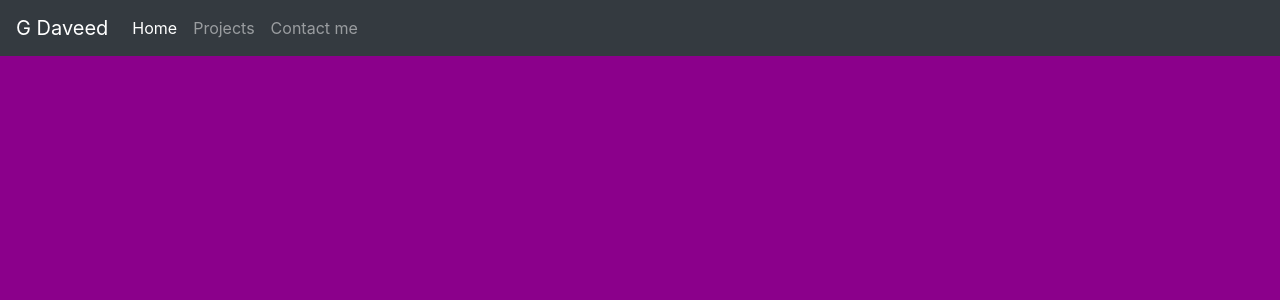
Repository: DaveedGangi/DaveedWebsite
Page: one.html
An editor plug-in stored every save of this project. The page is shown before and after a run of saves, followed by the edit.
The browser window is 1280 px wide. The pictures show the whole page.

Above is the page before, as saved 2023-09-25 11:56:24.

After the next 5 saves:
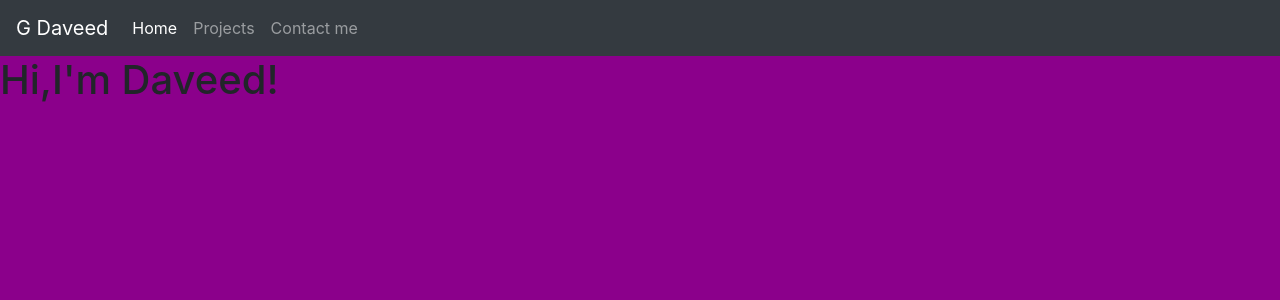
The 5 saves are shown as one change because they came seconds apart.
The last was saved 12 s later.
--- a/one.html
+++ b/one.html
@@ -28,7 +28,7 @@
 
 
       <div class="mystory">
-        <h1 class="hi"></h1>
+        <h1 class="hi">Hi,I'm Daveed!</h1>
       </div>
 
 
